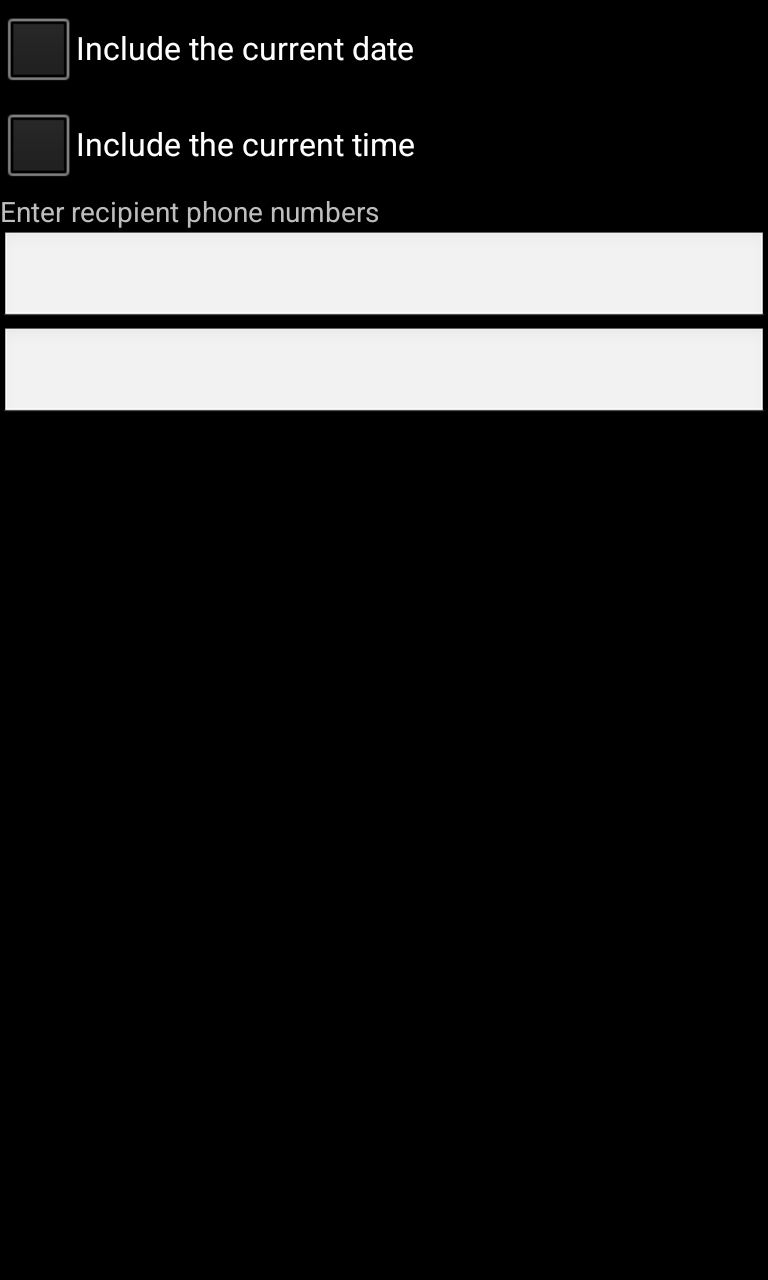
Repository: RaabsIn513/eclipse_workspace
Layout: Copy of SAS_revA/res/layout/main_sms_settings.xml
An editor plug-in stored every save of this project. The layout is shown before and after the next save, followed by the edit.
It is drawn on a 768 x 1280 px phone screen (xhdpi) without system bars, with theme android:Theme; the app's code is not run.

Above is the layout before, as saved 2012-02-16 20:45:30.

### Copy of SAS_revA/res/layout/main_sms_settings.xml
<?xml version="1.0" encoding="utf-8"?>
<LinearLayout xmlns:android="http://schemas.android.com/apk/res/android"
    android:layout_width="fill_parent"
    android:layout_height="fill_parent"
    android:orientation="vertical" >

   <CheckBox android:id="@+id/include_date"
        android:layout_width="wrap_content"
        android:layout_height="wrap_content"
        android:text="@string/include_date_cb" />

	<CheckBox android:id="@+id/include_time"
        android:layout_width="wrap_content"
        android:layout_height="wrap_content"
        android:text="@string/include_time_cb" />

	<TextView
        android:layout_width="fill_parent"
        android:layout_height="wrap_content"
        android:text="Enter recipient phone numbers" />

	<EditText
	    android:id="@+id/editText1"
	    android:layout_width="fill_parent"
	    android:layout_height="wrap_content"
	    android:inputType="phone" >
	</EditText>

	<EditText
	    android:id="@+id/editText2"
	    android:layout_width="fill_parent"
	    android:layout_height="wrap_content"
	    android:inputType="textMultiLine" />

</LinearLayout>

### Copy of SAS_revA/res/values/strings.xml
<?xml version="1.0" encoding="utf-8"?>
<resources>

    <string name="hello">Hello World, SAS_revActivity!</string>

    <string name="app_name">SAS_rev</string>
	<string name="plotAct_text">Plot View</string>
    <string name="testSMSAct_text">Send Test Text Message</string>

	<string name="viewWave_btText">View audio wave plot</string>
    <string name="viewFFT_btText">View FFT plot</string>
    <string name="setThresh_btText">Set the threshold value</string>
    <string name="setSMS_btText">SMS settings</string>
    <string name="sendSMS_btText">Send a test text message</string>

    <string name="include_date_cb">Include the current date</string>
	<string name="include_time_cb">Include the current time</string>
	<string name="fake_data_text">False test data to send</string>

</resources>

After the next save:
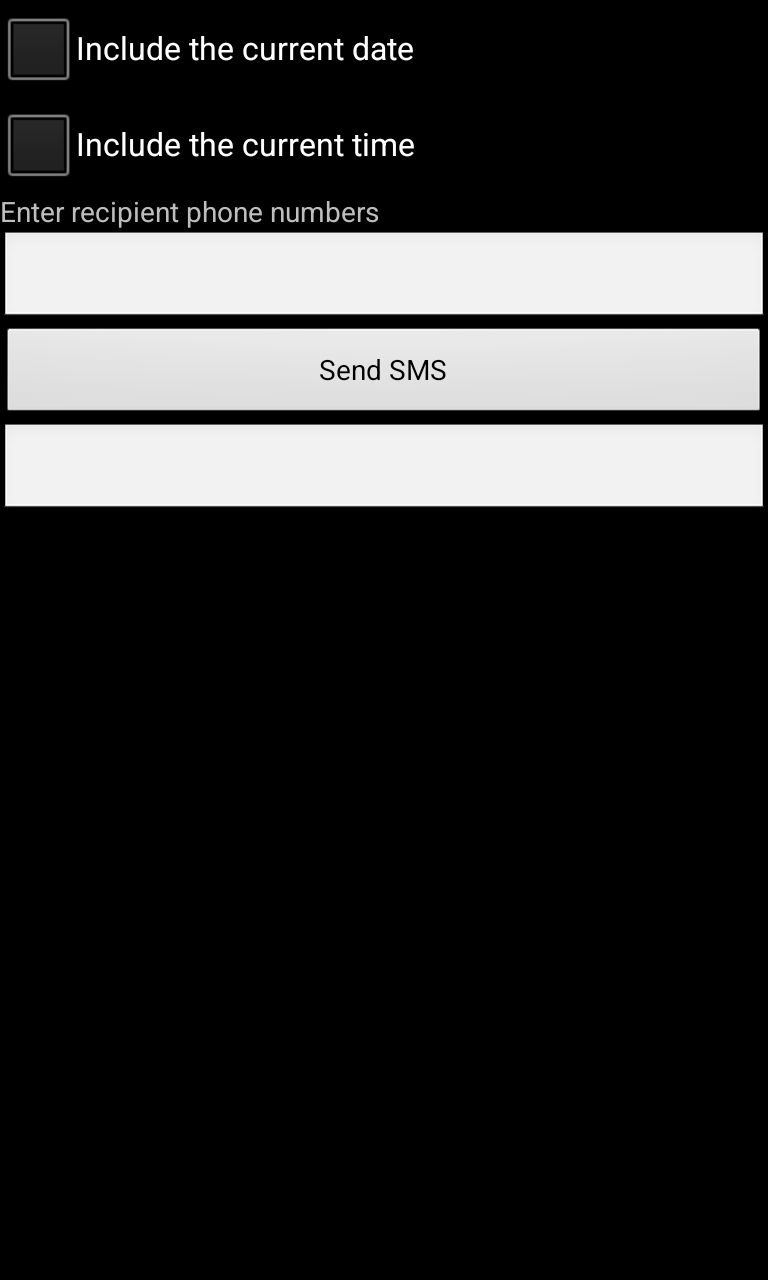
Saved 35 s later.
--- a/Copy of SAS_revA/res/layout/main_sms_settings.xml
+++ b/Copy of SAS_revA/res/layout/main_sms_settings.xml
@@ -26,6 +26,12 @@
 	    android:inputType="phone" >
 	</EditText>
 
+	<Button
+        android:id="@+id/btnSendSMS"
+        android:layout_width="fill_parent"
+        android:layout_height="wrap_content"
+        android:text="Send SMS" />
+
 	<EditText
 	    android:id="@+id/editText2"
 	    android:layout_width="fill_parent"
